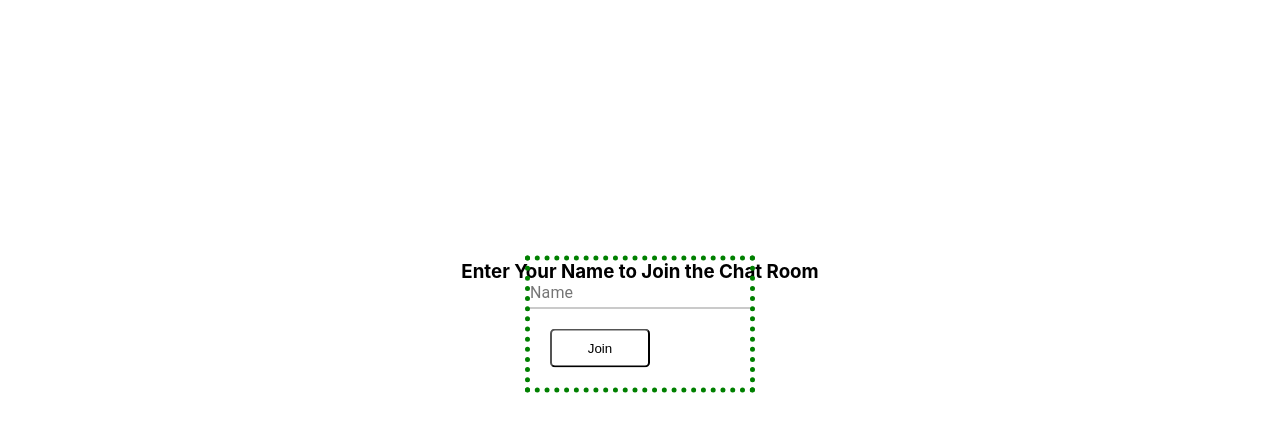
Repository: BarclayRkts/ChatApp
Page: / (app in client/)
An editor plug-in stored every save of this project. The page is shown before and after the next save, followed by the edit.
The browser window is 1280 px wide. The pictures show the whole page.
The project was rebuilt for these pictures with package versions that can differ from the ones it lists, and the page was loaded fresh each time.

Above is the page before, as saved 2021-05-02 14:46:05.

### client/src/App.js
import React from 'react';
import './App.css';
import LandingPage from './components/LandingPage';

function App() {
  return (
    <LandingPage/>
  );
}

export default App;

### client/src/components/LandingPage.js
import React, { useState } from 'react';
import { TextField } from '@material-ui/core';
import "./LandingPage.css";

export default function LandingPage() {
    const [ name, setName ] = useState("");

    return (
        <>
        <h3>Enter Your Name to Join the Chat Room</h3>
        <form className="textFieldBox">
            <TextField
                name="name"
                value={name}
                label="Name"
            />
            <button className="btn">Join</button>
        </form>
        </>
    )
}

### client/src/components/LandingPage.css
.textFieldBox{
    position: fixed;
    left: 50%;
    top: 45%;
    transform: translate(-50%, -50%);
    outline: 5px dotted green;
}

h3{
    position: fixed;
    left: 50%;
    top: 35%;
    transform: translate(-50%, -50%);
}

.btn{
    padding: 10px;
    margin: 20px;
    background: transparent;
    border-radius: 5px;
    width: 100px;
    display: block;
}

Loaded but not shown: client/public/index.html (common file); client/src/index.js (common file); client/src/index.css (common file); client/src/reportWebVitals.js (common file); client/src/App.css (no stored copy; drawn as an empty file)

After the next save:
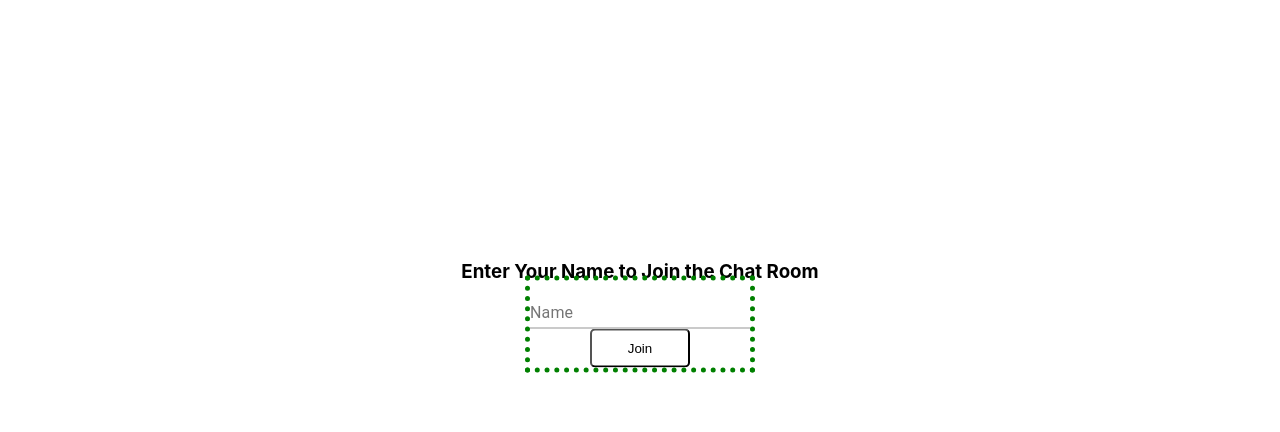
Saved 55 s later.
--- a/client/src/components/LandingPage.css
+++ b/client/src/components/LandingPage.css
@@ -15,7 +15,7 @@
 
 .btn{
     padding: 10px;
-    margin: 20px;
+    margin: 0 auto;
     background: transparent;
     border-radius: 5px;
     width: 100px;

After the save that followed:
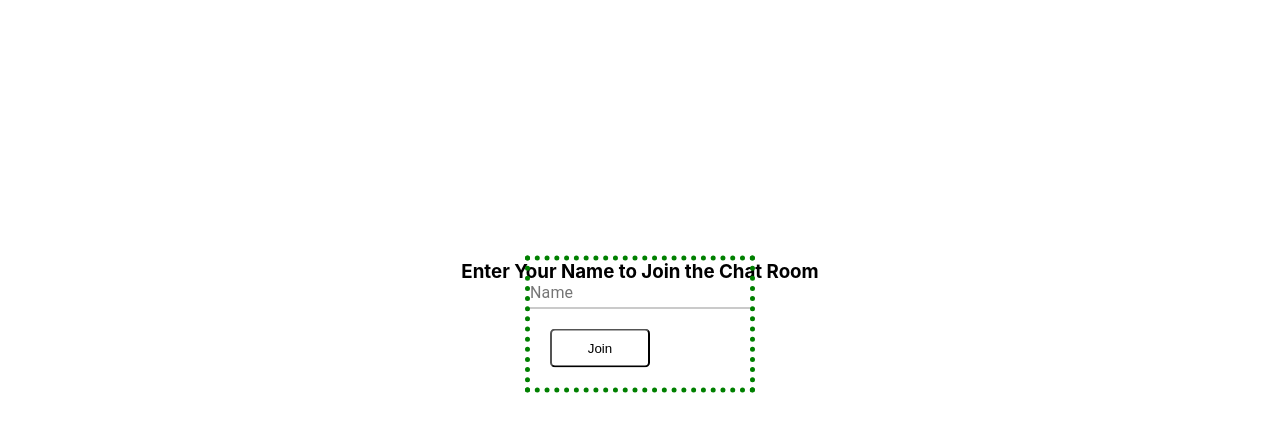
Saved 4 s later.
--- a/client/src/components/LandingPage.css
+++ b/client/src/components/LandingPage.css
@@ -15,7 +15,7 @@
 
 .btn{
     padding: 10px;
-    margin: 0 auto;
+    margin: 20px;
     background: transparent;
     border-radius: 5px;
     width: 100px;
